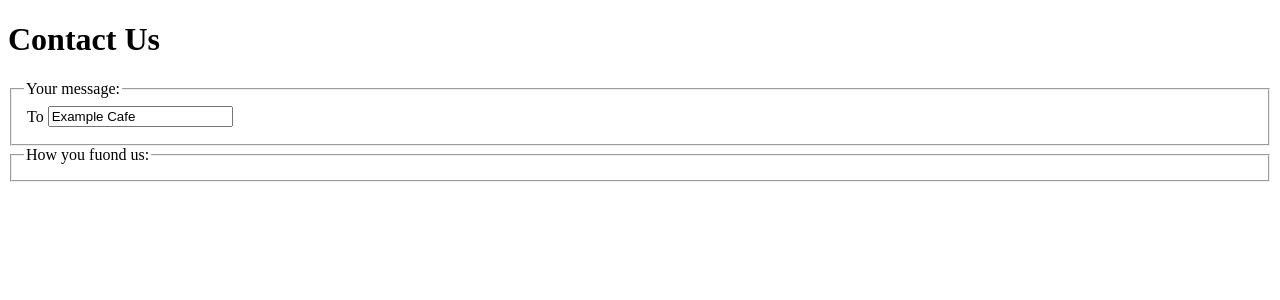
Repository: PhamChiXuan1/HTCNW_tuan3_DHCNTT16C_PhamChiXuan_20030131
Page: bt15.html
The author's editor kept a copy of each file at every save. The page is drawn from the files as they stood at one save, then again after the next save.
The browser window is 1280 px wide. The pictures show the whole page.

Above is the page before, as saved 2022-02-28 11:40:42.

After the next save:
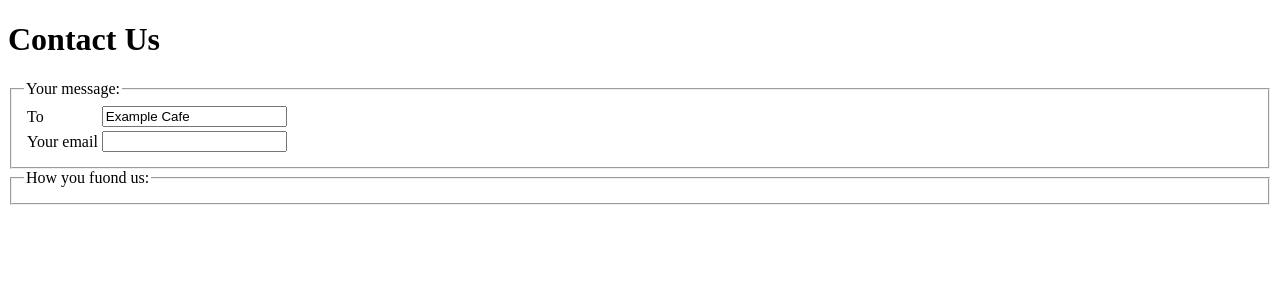
Saved 50 s later.
--- a/bt15.html
+++ b/bt15.html
@@ -16,7 +16,8 @@
                 <td><input type="text" name="txtTo" id="emailTo"  size="20" value="Example Cafe"></td>
             </tr>
             <tr>
-
+                <td><table for="emailTo">Your email</table></td>
+                <td><input type="text" name="txtTo" id="emailTo"  size="20" value=""></td>
             </tr>
             <tr>
 
